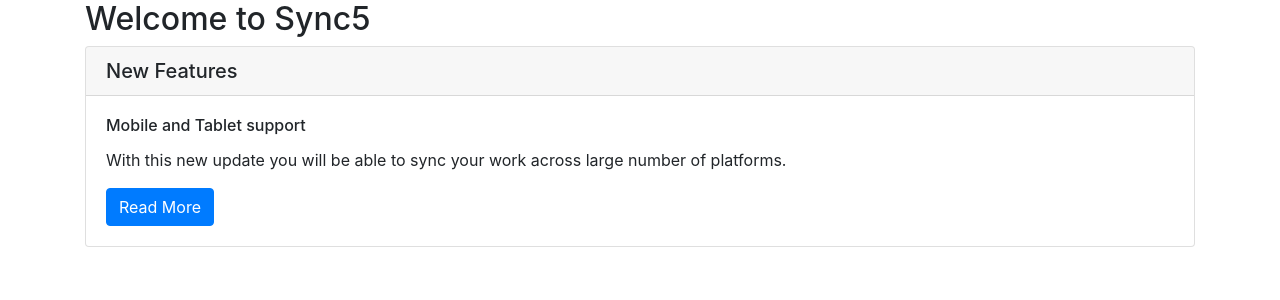
Repository: acciojob/bootstrap-card-vandanayadav15
Page: main.html
An editor plug-in stored every save of this project. The page is shown before and after a run of saves, followed by the edit.
The browser window is 1280 px wide. The pictures show the whole page.

Above is the page before, as saved 2022-10-28 23:24:58.

After the next 2 saves:
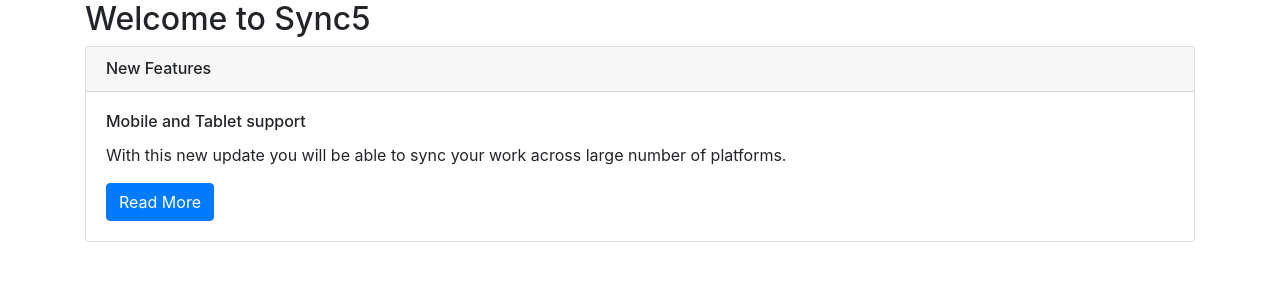
The 2 saves are shown as one change because they came seconds apart.
The last was saved 5 s later.
--- a/main.html
+++ b/main.html
@@ -16,7 +16,7 @@
 	<div class="container">
 		<h2>Welcome to Sync5</h2>
 		<div class="card">
-			<h5 class="card-header">New Features</h5>
+			<h6 class="card-header">New Features</h5>
 			<div class="card-body">
 				<h6 class="card-title">Mobile and Tablet support</h5>
 				<p class="card-text">With this new update you will be able to sync your work across large number of platforms.</p>
